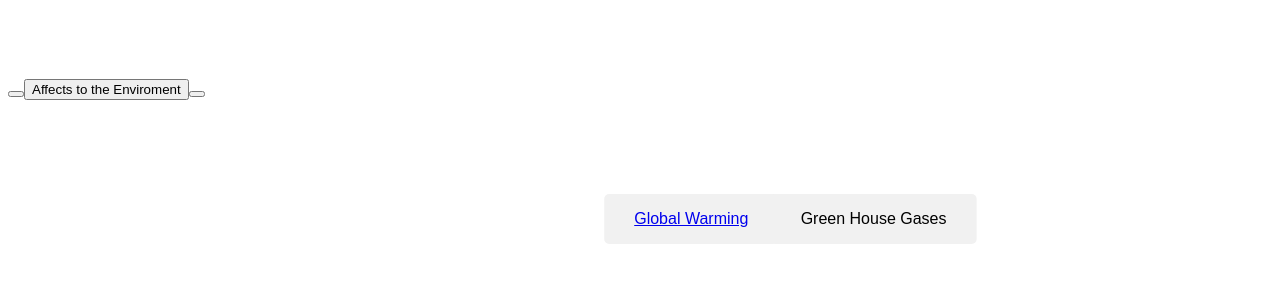
Repository: Alejandra-Pelayo/Alejandra-Pelayo.github.io
Page: 2.1.4/Example.html
The author's editor kept a record of every edit. The page is drawn from the files as they stood at one moment, then again after the next edit.
The browser window is 1280 px wide. The pictures show the whole page.

Above is the page before.

### 2.1.4/Example.html
<body>

<p><font size="20" color="white">Global Warming</font></p>


<link href="example.css" rel="stylesheet" type="text/css">

<button1>
    <a href="Enviromental.html">
      <button class="btn"> Global Warming<Button</button>
<button2>
    <a href = "Green_House.html">
      <button class ="btn2"> Green House Gases <Button/button>
<button3>
    <a href = "animals.html">
      <button class ="btn3"> Affects to the Enviroment <Button/button>



<div class="container">

### 2.1.4/example.css

 .world{
   position: fixed;
  top: 5;
  left: 5;

  /* Preserve aspet ratio */
  min-width: 100%;
  min-height: 100%;
}



/*
img{
    position: fixed;
  top: 5;
  left: 5;


  min-width: 100%;
  min-height: 100%;
}
*/
/* Button Code*/
.btn{
  position: absolute;
  top: 20%;
  left:20%;
  transform: translate(200%, 100%);
  -ms-transform: translate(-80%, -80%);
  background-color: #f1f1f1;
  color: black;
  font-size: 16px;
  padding: 16px 30px;
  border: none;
  cursor: pointer;
  border-radius: 5px;
  text-align: center;

}
/*
.btn2{
    position: absolute;
  top: 20%;
  left: 20%;
  transform: translate(40%, 100%);
  -ms-transform: translate(-80%, -80%);
  background-color: #f1f1f1;
  color: black;
  font-size: 16px;
  padding: 16px 30px;
  border: none;
  cursor: pointer;
  border-radius: 5px;
  text-align: center;
}
*/
.btn2{
    position: absolute;
  top: 20%;
  left: 20%;
  transform: translate(250%, 100%);
  -ms-transform: translate(-80%, -80%);
  background-color: #f1f1f1;
  color: black;
  font-size: 16px;
  padding: 16px 30px;
  border: none;
  cursor: pointer;
  border-radius: 5px;
  text-align: center;
}

.avatar{
  vertical-align: middle;
  width: 50px;
  height: 50px;
  border-radius: 50%;
  position: absolute;
  top: 0px;
  right: 0px;
}

After the next edit:
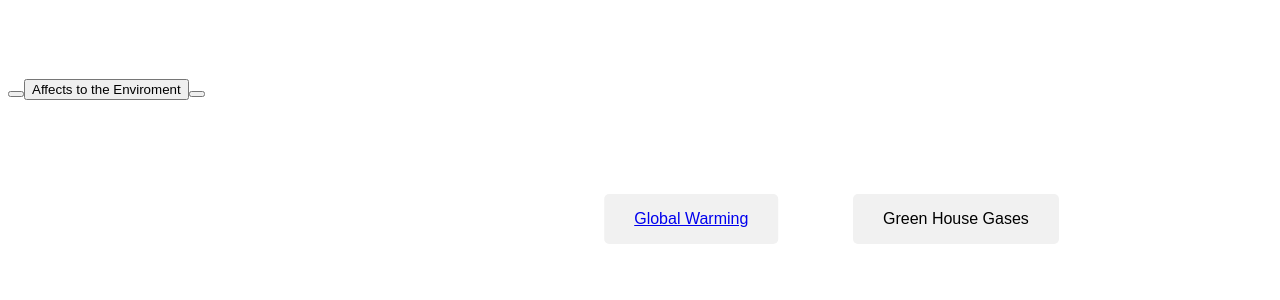
The edit:
--- a/2.1.4/example.css
+++ b/2.1.4/example.css
@@ -60,7 +60,7 @@
     position: absolute;
   top: 20%;
   left: 20%;
-  transform: translate(250%, 100%);
+  transform: translate(290%, 100%);
   -ms-transform: translate(-80%, -80%);
   background-color: #f1f1f1;
   color: black;
